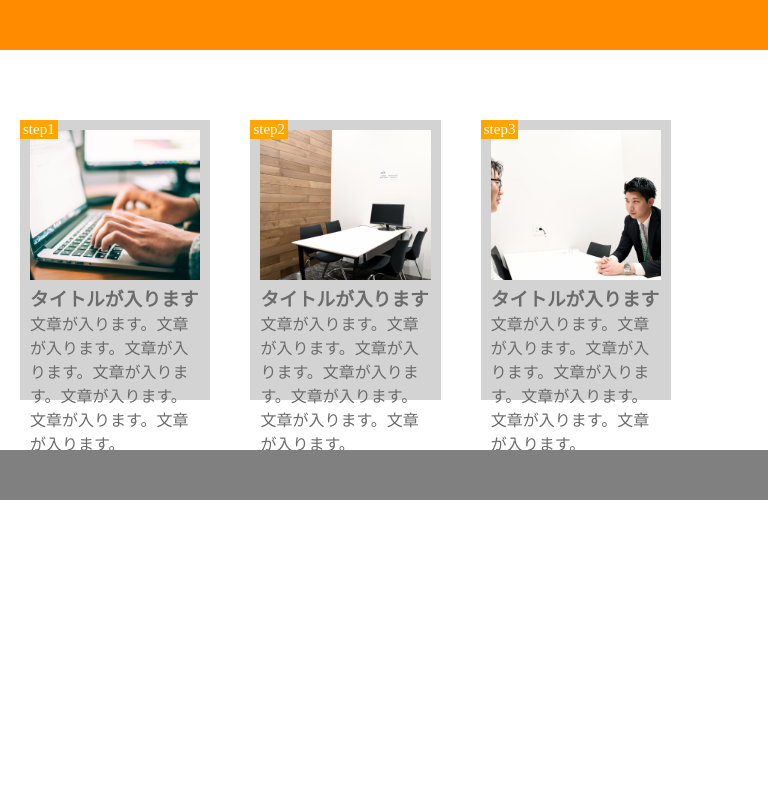
Repository: 220416/kadai1
Page: html/responsive.html
The author's editor kept a record of every edit. The page is drawn from the files as they stood at one moment, then again after the next edit.
The browser window is 768 px wide. The pictures show the whole page.

Above is the page before.

### html/responsive.html
<!DOCTYPE html>
<html lang="ja">
  <head>
    <meta charset="UTF-8" />
    <meta name="viewport" content="width=device-width,initial-scale=1.0">
    <link rel="stylesheet" href="responsive.css" />
    <title>Responsive</title>
  </head>

  <body>
    <div class="container">
    <header></header>

    <main>
    <div class="main-visual">
      <img class="image" src="img/flow01.png">
      <p class="step"> step1 </p>
      <div class="main-visual-content">
        <h3 class ="ain-visual-text">タイトルが入ります</h3>
        <p class="main-visual-text">文章が入ります。文章が入ります。文章が入ります。文章が入りま
        す。文章が入ります。文章が入ります。文章が入ります。</p>
      </div>
    </div>

    <div class="main-visual">
      <img class="image" src="img/flow02.png">
      <p class="step"> step2 </p>
      <div class="main-visual-content">
        <h3 class ="ain-visual-text">タイトルが入ります</h3>
        <p class="main-visual-text">文章が入ります。文章が入ります。文章が入ります。文章が入りま
        す。文章が入ります。文章が入ります。文章が入ります。</p>
      </div>
    </div>

    <div class="main-visual">
      <img class="image" src="img/flow03.png">
      <p class="step"> step3 </p>
      <div class="main-visual-content">
        <h3 class ="ain-visual-text">タイトルが入ります</h3>
        <p class="main-visual-text">文章が入ります。文章が入ります。文章が入ります。文章が入りま
        す。文章が入ります。文章が入ります。文章が入ります。</p>
      </div>
    </div>

    </main>

    <footer></footer>
    </div>
  </body>
</html>

### html/responsive.css
* {
  margin: 0;
  padding: 0;
  box-sizing: border-box;
  color: #6c6b6b;
}

a{
  text-decoration: none;
}

header{
  height: 50px;
  width:100%;
  background-color:#ff8c00;
}

main{
  width:100%;
  padding-top: 50px;
  padding-bottom:80px;
  display: inline-block;
  justify-content:center;
  text-align: left;
}

.main-visual{
  display: inline-block;
  height: 280px;
  width: 100%;
  padding:10px 10px;
  margin-bottom: 20px;
  background-color:#d3d3d3;
  position:relative;
}

.main-visual-text{
  flex-wrap:wrap;
}
.image{
  object-fit: cover;
  width:100%;
  height: 150px;
}

.step{
  position:absolute;
  top:0px;
  left:0px;
  padding: 1px 3px;
  font-size:15px;
  color: #fff;
  background-color:orange;
}

.container {
      position: relative;
      box-sizing: border-box;
}

footer {
    height: 50px;
    width: 100%;
    position: absolute;
    bottom: 0;
    background-color: grey;
}


@media screen and (min-width:425px){
  main {
         display: flex;
         width: 90%;
     }

  .main-visual{
    display: block;
    margin:20px ;
    padding-bottom:20px ;
  }
}

After the next edit:
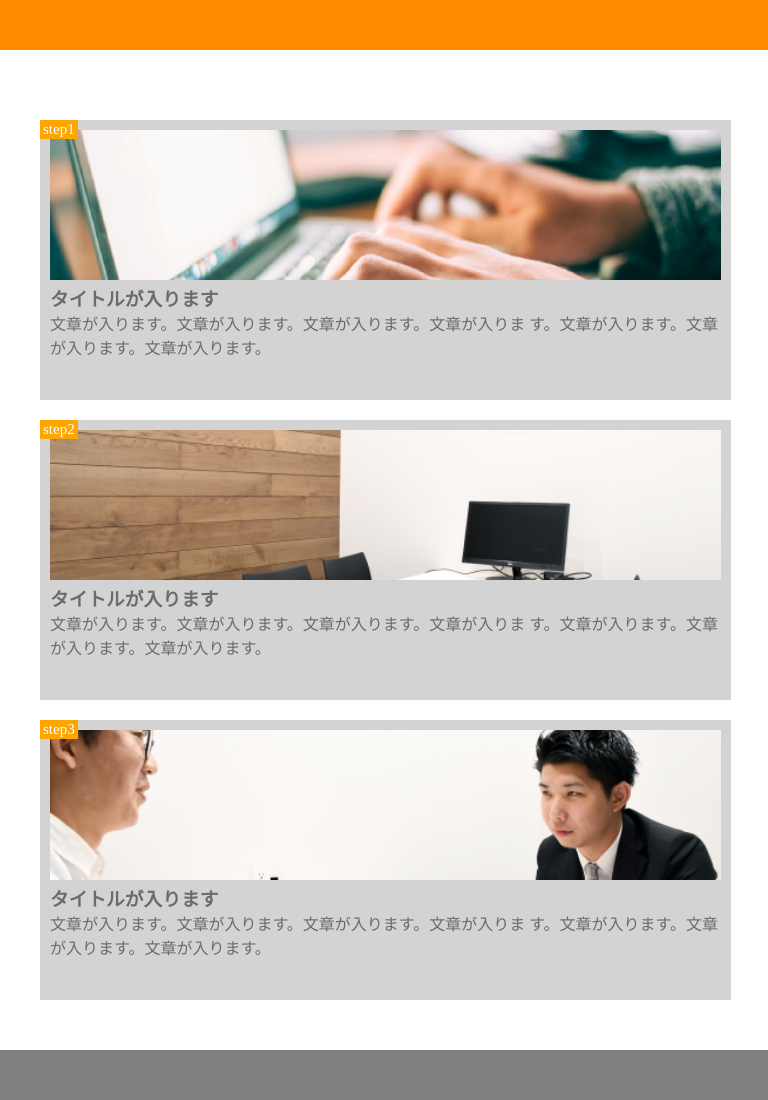
The edit:
--- a/html/responsive.css
+++ b/html/responsive.css
@@ -67,11 +67,14 @@
 }
 
 
-@media screen and (min-width:425px){
-  main {
-         display: flex;
-         width: 90%;
+@media screen and (max-width:768px){
+  header {
+         width: 100%;
      }
+  main{
+    width: 90%;
+    margin-left:20px;
+  }
 
   .main-visual{
     display: block;
